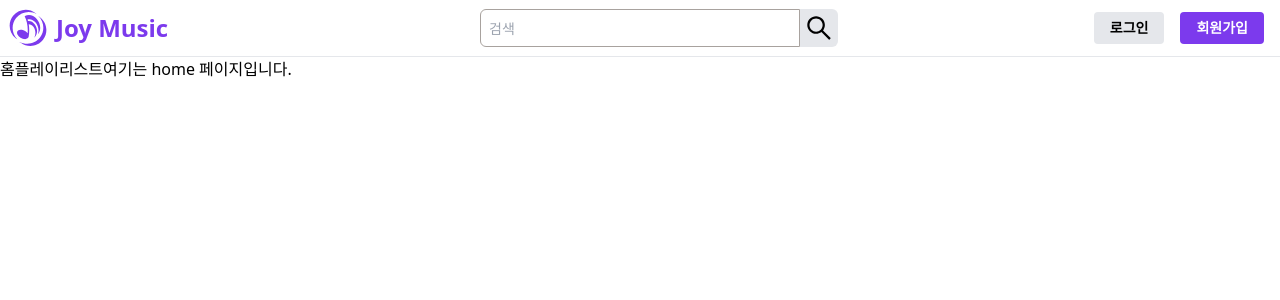
Repository: momo0170/streaming
Page: /
An editor plug-in stored every save of this project. The page is shown before and after the next save, followed by the edit.
The browser window is 1280 px wide. The pictures show the whole page.
The project was rebuilt for these pictures with package versions that can differ from the ones it lists, and the page was loaded fresh each time. Also part of the build but not shown: src/App.css, src/router/Playlist.jsx.

Above is the page before, as saved 2023-09-23 10:46:45.

After the next save:
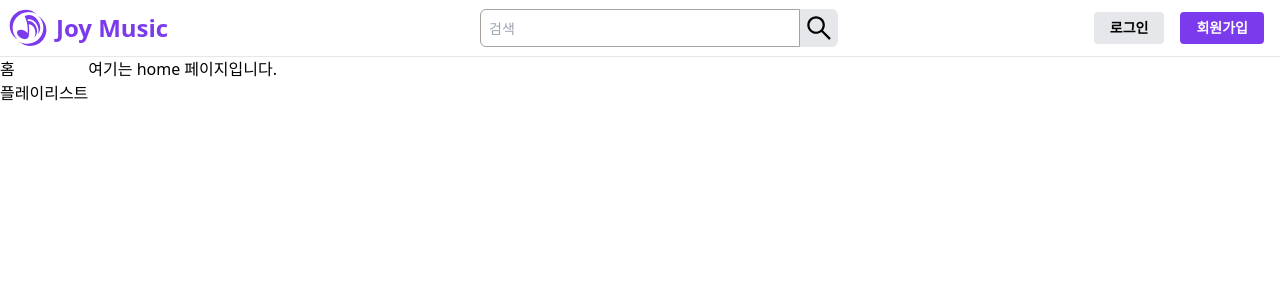
Saved 54 s later.
--- a/src/components/MenuBar.jsx
+++ b/src/components/MenuBar.jsx
@@ -3,7 +3,7 @@ import { Link } from 'react-router-dom';
 
 export default function MenuBar() {
   return (
-    <aside>
+    <aside className="flex flex-col">
       <Link to="/">홈</Link>
       <Link to="/playlist">플레이리스트</Link>
     </aside>
